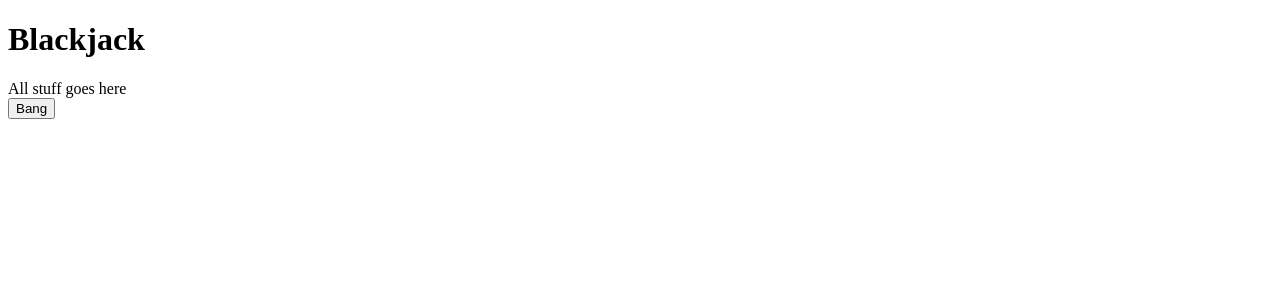
Repository: filiptodoric/blackjack-eclipse
Page: blackjack/WebContent/index.html
The author's editor kept a copy of each file at every save. The page is drawn from the files as they stood at one save, then again after the next save.
The browser window is 1280 px wide. The pictures show the whole page.
Some web libraries are served in a nearby version.

Above is the page before, as saved 2015-11-07 03:12:38.

After the next save:
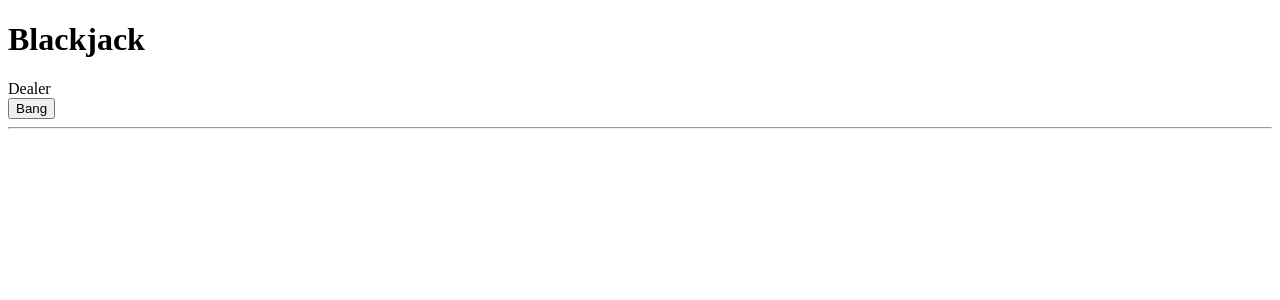
Saved 9 min 34 s later.
--- a/blackjack/WebContent/index.html
+++ b/blackjack/WebContent/index.html
@@ -9,12 +9,13 @@
 <script>
 	var deck = getDeck();
 	function change(){
-		  $("#test").html("bang");
+		  $("#dealer").html("bang");
 		}
 </script>
 <body>
 <h1>Blackjack</h1>
-  <div id="test"> All stuff goes here </div>
+  <div id="dealer">Dealer</div>
   <button onclick="change()">Bang</button>
+  <hr>
 </body>
 </html>
